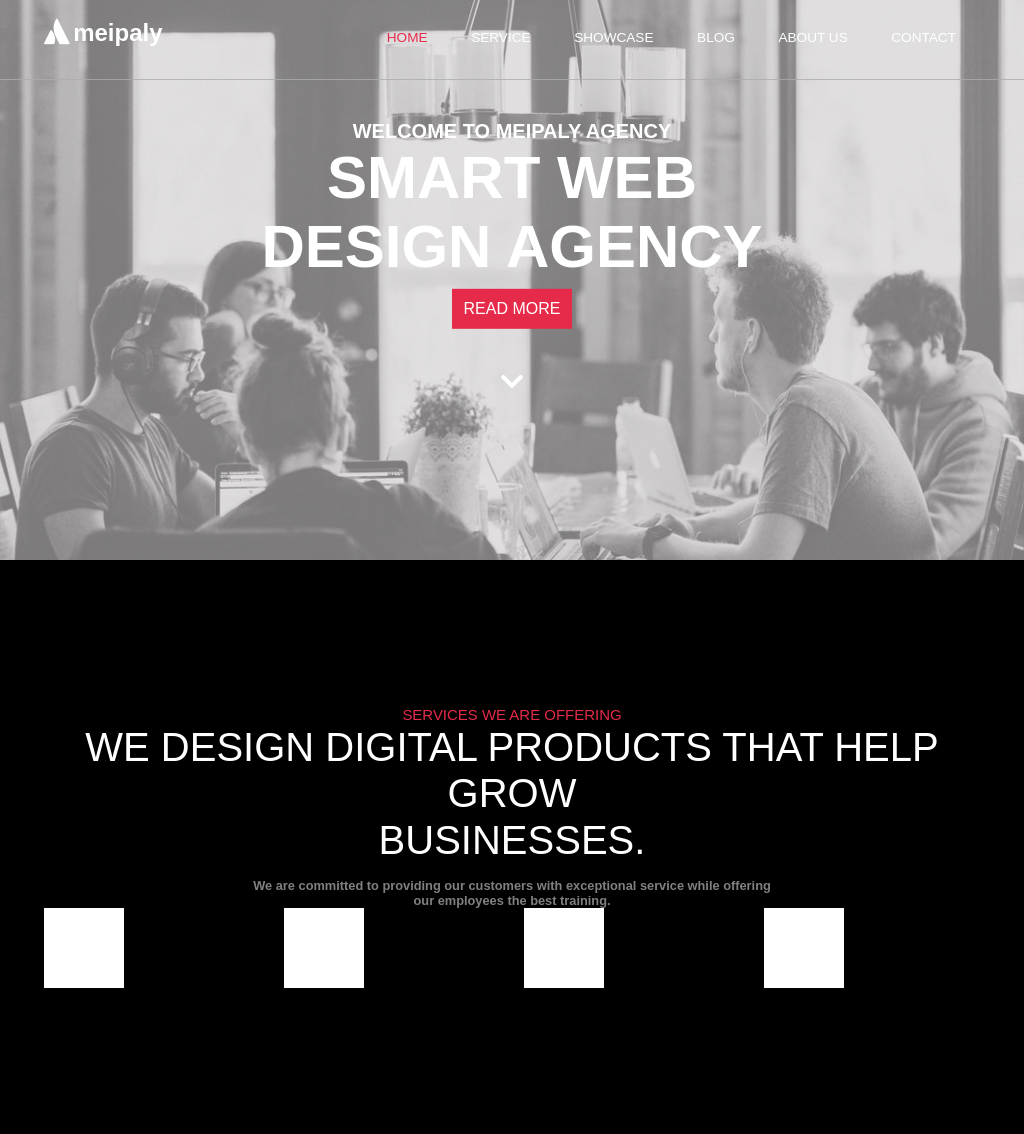
Repository: ToanNguyenThai/Meipaly
Page: index.html
These files come from the project's save history. The page is drawn as it stood at one moment and after the next save; the edit follows.
The browser window is 1280 px wide. The pictures show the whole page, at 80% of full size.

Above is the page before, as saved 2021-12-04 16:03:36.

After the next save:
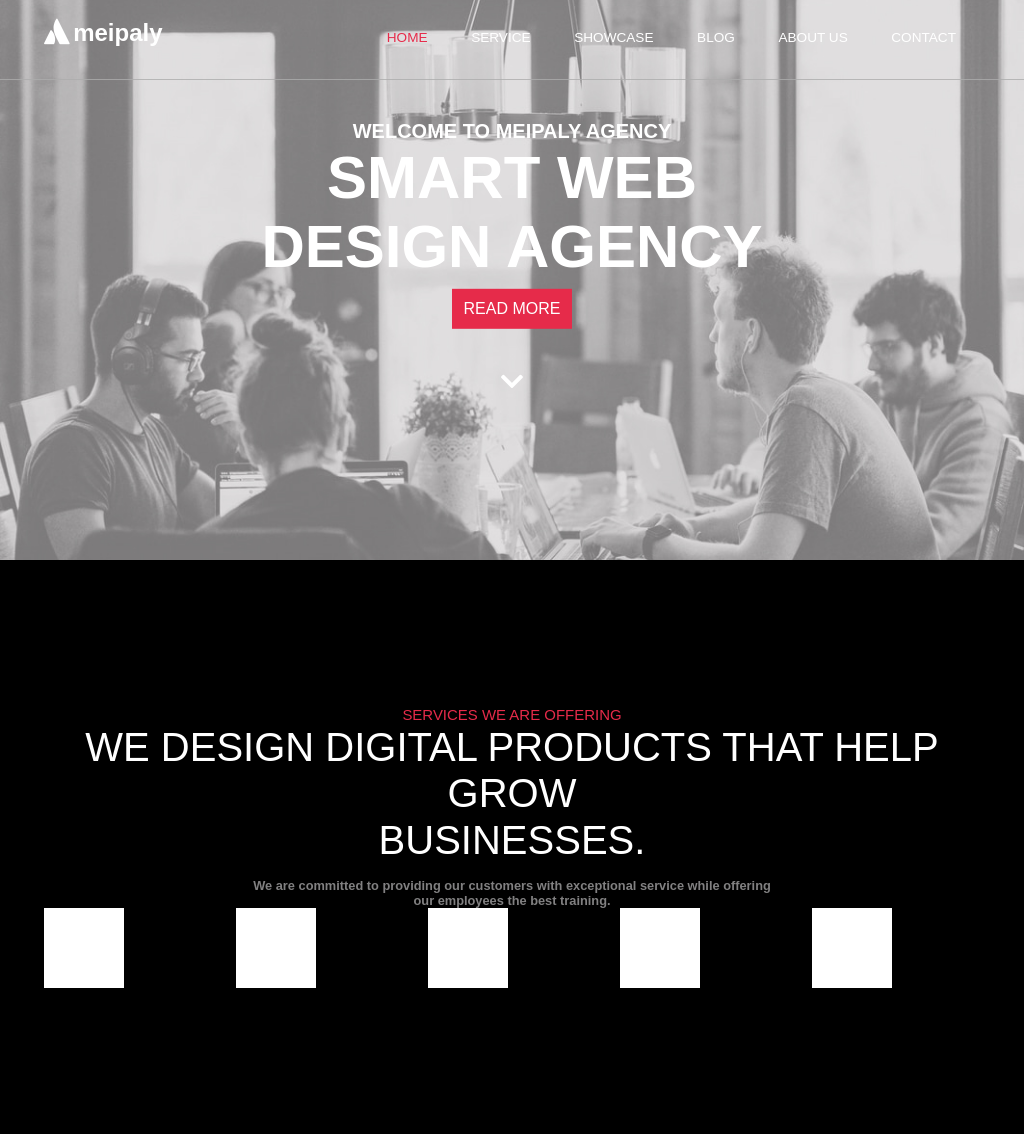
Saved 8 s later.
--- a/index.html
+++ b/index.html
@@ -83,7 +83,7 @@
                         items: 3,
                     },
                     1217: {
-                        items: 4
+                        items: 5
                     }
                 }
             })
